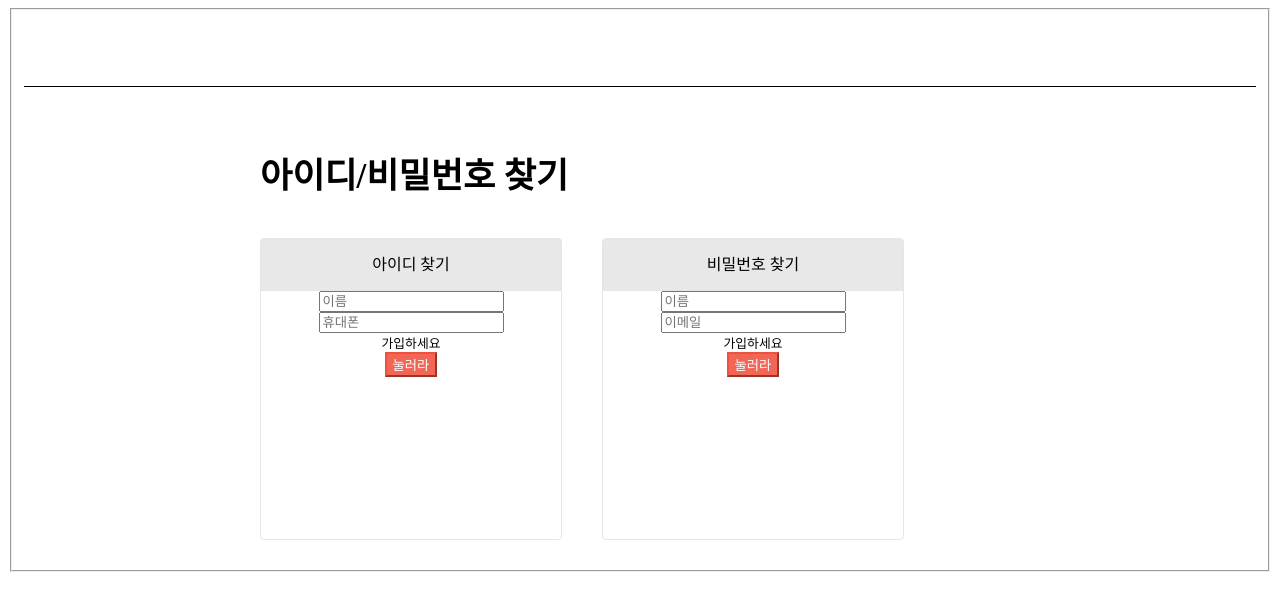
Repository: agheha/trillion
Page: YH/study_project/html/find.html
These files come from the project's save history. The page is drawn as it stood at one moment and after the next save; the edit follows.
The browser window is 1280 px wide. The pictures show the whole page.

Above is the page before, as saved 2019-09-05 09:25:39.

After the next save:
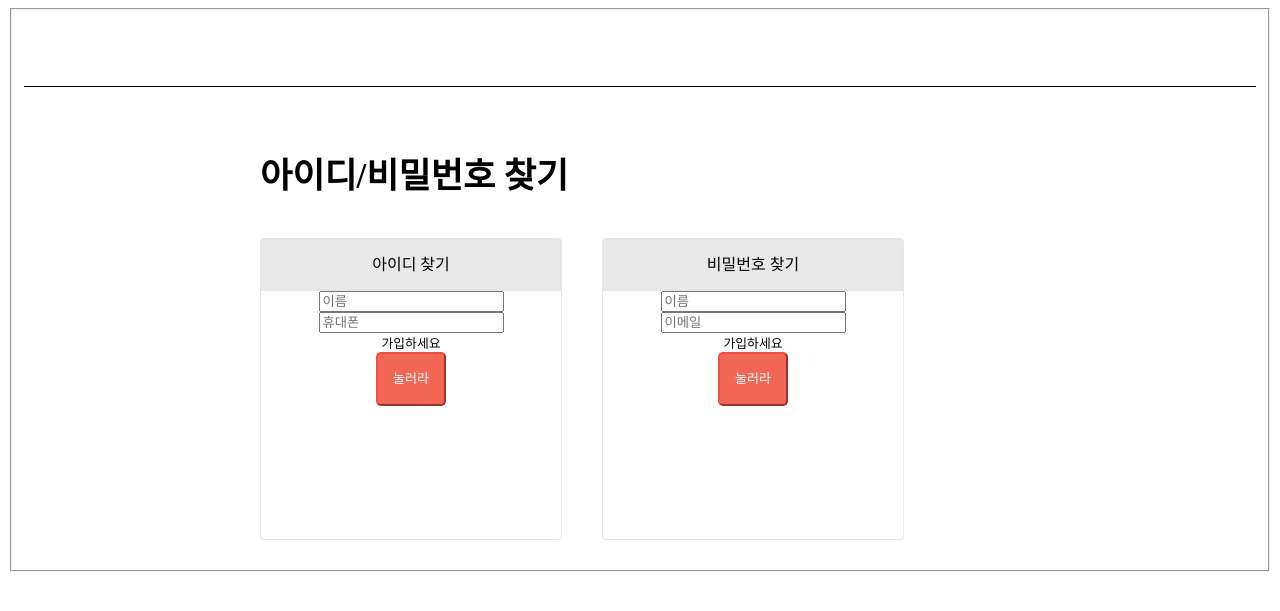
Saved 116 s later.
--- a/YH/study_project/css/find.css
+++ b/YH/study_project/css/find.css
@@ -38,4 +38,8 @@
     background-color : #f26656;
     background-image : none;
     border-color : #f0513e;
+    padding: 15px 15px;
+    font-size: 13px;
+    line-height: 1.5438;
+    border-radius: 5px;
 }
